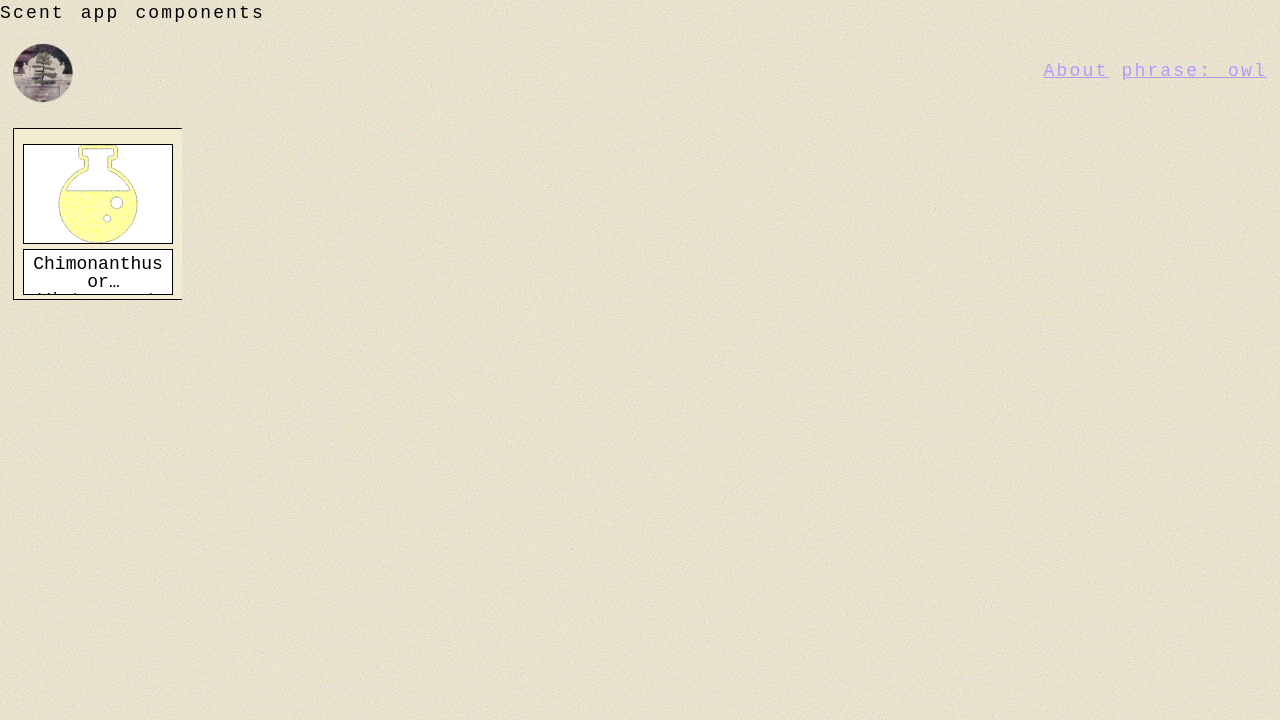
Repository: magiai/scent-app
Page: /
The author's editor kept a copy of each file at every save. The page is drawn from the files as they stood at one save, then again after the next save.
The browser window is 1280 px wide. The pictures show the whole page.
The project was rebuilt for these pictures with package versions that can differ from the ones it lists, and the page was loaded fresh each time. The framework's server and built-in components were replaced by stand-ins that run in the browser.

Above is the page before, as saved 2022-11-30 11:46:43.

### pages/_app.tsx

import { Provider } from 'react-redux';
import type { AppProps } from 'next/app';
import { store } from '../app/store';
import '../styles/variables.css';
import '../styles/global.css';

function MyApp({ Component, pageProps
}: AppProps) {
    return (
        <Provider store={store}>
            <Component {...pageProps} />
        </Provider>
    )
}

export default MyApp

### pages/_document.js
import { Html, Head, Main, NextScript } from "next/document";

export default function Document() {
    return (
        <Html lang="en">
        <Head>
            <meta charset="utf-8" />
            <meta httpEquiv="X-UA-Compatible" content="IE=edge" />
            <meta name=" theme-color" content="#fff" />
            <meta name="viewport" content="width=device-width, initial-scale=1" />
            <meta name="robots" content="noindex, nofollow" />

            <title key="title">Scent app components</title>
            <link rel="icon" href="/favicon.ico"></link>
            <meta name="description" content="Application description"></meta>

            <noscript>Scent app components</noscript>
        </Head>
        <body>
            <svg
                className="svg__background"
                width='100%'
                height='100%'
                viewBox='0 0 100 100' xmlns='http://www.w3.org/2000/svg'>
                <filter id='noiseFilter' x="-75%" y="-100%" width="250%" height="300%">
                    <feTurbulence
                                type='fractalNoise'
                                baseFrequency='5'
                                numOctaves='10'
                                seed="10"
                                stitchTiles='stitch'/>
                </filter>

                <rect width='100%' height='100%' filter='url(#noiseFilter)'/>
            </svg>
            <Main />
            <NextScript />
        </body>
    </Html>
    )
}

### pages/index.tsx
import Head from 'next/head';
import Layout from '../components/Layout';
import { Scent } from '../components/scent/Scent';

export default function Home() {
  return (
    <Layout>
      <Head>
        <title key="title">Home</title>
      </Head>

      <main>
        <Scent
                // visibleBottle = {true}
                liquidColor="yellow"
                label = "Chimonanthus or Wintersweet" />
      </main>

    </Layout>
  )
}

### app/store.ts
import searchEngineReducer from '../components/search/searchSlice';

import {
    Action,
    configureStore,
    ThunkAction,
  } from '@reduxjs/toolkit';

  export const store = configureStore({
    reducer: {
        searchEngine: searchEngineReducer,
    },
  });

  export type AppDispatch = typeof store.dispatch;
  export type RootState = ReturnType<typeof store.getState>;
  export type AppThunk<ReturnType = void> = ThunkAction<
     ReturnType,
     RootState,
     unknown,
     Action<string>
   >;

### styles/variables.css
:root {
    --font-family--base: 'Courier New', Courier, monospace;;
    --color--white: white;
    --color--black: black;
    --color--transparent: rgba(0, 0, 0, 0);

    --hue--base: 255;
    --saturation--base: 100%;
    --lightness--base: 80%;
    --opacity--base: 1;
    --color--lighten: 5%;
    --color--darken: 10%;
    --color--primary: hsla(var(--hue--base), var(--saturation--base), var(--lightness--base), var(--opacity--base));
    --color--primary--active: hsla(var(--hue--base),
                                    var(--saturation--base),
                                    calc(var(--lightness--base) + var(--color--lighten)),
                                    var(--opacity--base));

    --hue--secondary: 46;
    --saturation--secondary: 61%;
    --lightness--secondary: 89%;
    --color--secondary: hsla(var(--hue--secondary), var(--saturation--secondary), var(--lightness--secondary), var(--opacity--base));
    --color--secondary--active: hsla(var(--hue--secondary),
                                var(--saturation--secondary),
                                calc(var(--lightness--secondary) + var(--color--lighten)),
                                var(--opacity--base));

    --hue--error: 360;
    --hue--success: 130;
    --hue--information: 230;
    --color--disabled: hsla(var(--hue--information), 0, calc(var(--lightness--base) - var(--color--darken)), var(--opacity--base));
    --color--information: hsla(var(--hue--information), var(--saturation--base), var(--lightness--base), var(--opacity--base));
    --color--success: hsla(var(--hue--success), var(--saturation--base), var(--lightness--base), var(--opacity--base));
    --color--error: hsla(var(--hue--error), var(--saturation--base), var(--lightness--base), var(--opacity--base));

    --background-color: var(--color--secondary);

    --spacing__ratio: 1.414;
    --spacing__ratio--desktop: 1.618;
    --space--base: 0.5rem;
    --space--xs: var(--space--base);
    --space--s: calc(var(--space--xs) * var(--spacing__ratio));
    --space--m: calc(var(--space--s) * var(--spacing__ratio));
    --space--l: calc(var(--space--m) * var(--spacing__ratio));
    --space--xl: calc(var(--space--l) * var(--spacing__ratio));

    --font-size__ratio: 1.20;
    --font-size__ratio--desktop: 1.333;
    --font-size--base: 1.8rem;
    --font-size--h4: calc(var(--font-size--base) * var(--font-size__ratio));
    --font-size--h3: calc(var(--font-size--h4) * var(--font-size__ratio));
    --font-size--h2: calc(var(--font-size--h3) * var(--font-size__ratio));
    --font-size--h1: calc(var(--font-size--h2) * var(--font-size__ratio));

    --input__height: 4rem;
    --input__border__width: 0.1rem;
    --input__border__style: solid;
    --input__border__color: var(--color--primary);
    --input__border: var(--input__border__width) var(--input__border__style) var(--input__border__color);
    --form-control__color: var(--color--secondary);
    --select__height: 3.4rem;
    --select--focus__color: var(--color--primary);
    --select__arrow__color: var(--input__border__color);

    --svg__button__width: 15rem;
    --svg__button__height: 10rem;
    --button__border__width: 0.1rem;
    --button--svg__label__height: 4.6rem;
}

@media only screen and (min-width: 768px) {
    :root {
        --font-size__ratio: var(--font-size__ratio--desktop);
        --spacing__ratio: var(--spacing__ratio--desktop);
    }
}

### styles/global.css
html {
    font-size: 62.5%;
}

*,
*:before,
*:after {
    box-sizing: border-box;
}

body {
    font-family: var(--font-family--base);
    font-size: var(--font-size--base);
    line-height: 1.5;
	letter-spacing: 0.12em;
	word-spacing: 0.16em;
    color: var(--color--black);
    background-color: var(--background-color);
    margin: 0;
    position: relative;
    min-height: 100vh;
}

@media (prefers-reduced-motion: reduce) {
	*,
	*::before,
	*::after {
		animation-duration: 0.01ms !important;
		animation-iteration-count: 1 !important;
		transition-duration: 0.01ms !important;
		scroll-behavior: auto !important;
	}
}

.svg__background {
	position: absolute;
	top: 0;
	left: 0;
	opacity: 0.4;
    z-index: -1;
}

p,
li,
h1, h2, h3, h4, h5 {
  overflow-wrap: break-word;
  hyphens: auto;
  margin-bottom: 0.65em;
}

h1 {
    font-size: var(--font-size--h1);
}

h2 {
    font-size: var(--font-size--h2);
}

h3 {
    font-size: var(--font-size--h3);
}

h4 {
    font-size: var(--font-size--h4);
}

h5 {
    font-size: var(--font-size--h5);
}

a {
    color: var(--color--primary);
    padding-top: var(--space--s);
    padding-bottom: var(--space--s);
}

a:hover, a:active, a:focus {
    color: var(--color--primary--active);
}

button {
    font-size: max(var(--font-size--base), 1em);
    font-family: inherit;
    padding: 0.25em 0.5em;
    background-color: var(--color--secondary);
    border-radius: 0.1rem;
    border: var(--button__border);
    line-height: 1;
}

### components/Layout.tsx
import React from 'react';
import Footer from './Footer';
import Header from './Header';
import styles from './layout.module.css'

export default function Layout({
  children,
  home
}: {
  children: React.ReactNode
  home?: boolean
}) {
    return (
        <div className = {styles.container}>
            <Header/>
            {children}
            {/* <Footer/> */}
        </div>
    );
}

### components/scent/Scent.tsx
import React from 'react';
import styles from './scent.module.css';

interface ScentProps {
    // visibleBottle: boolean;
    liquidColor: string;
    label: string;
  /**
   * Optional click handler
   */
  onClick?: () => void;
}

export const Scent = ({
    // visibleBottle,
    liquidColor,
    label,
    ...props
}: ScentProps) => {
    //check with useContext
    // const mode: string = visibleBottle ? 'bottle--visible' : 'bottle--hidden';

    return (
    <>
        <button
            type="button"
            className={ styles['button--scent'] }
            {...props}>

            <svg
                className={ styles['svg--bottle'] }
                xmlns="http://www.w3.org/2000/svg"
                version="1.1"
                x="0px"
                y="0px"
                viewBox="0 0 362.664 362.664">

                <filter id='noiseFilter' x="-10%" y="-10%" width="120%" height="120%">
                    <feTurbulence
                        type='fractalNoise'
                        baseFrequency='5'
                        numOctaves='10'
                        seed="10"
                        stitchTiles='stitch'
                    />
                </filter>

                <mask id="gradient-mask">
                    <rect width='100%' height='100%' filter='url(#noiseFilter)'/>
                </mask>

                <path id={ styles['bottle__path'] }
                    fill={ liquidColor }
                    d="M326.197,217.684c0-14.664-2.472-29.243-7.346-43.334l-1.63-4.711h-0.119c-4.807-12.383-11.477-24.266-19.923-35.369     c-16.07-21.126-37.974-38.302-62.301-48.985c-1.015-0.446-3.057-1.059-3.057-4.892l-0.392-25.177h6.549     c8.759,0,15.886-7.126,15.886-15.885V15.886C253.864,7.127,246.738,0,237.978,0H125.686c-8.759,0-15.885,7.127-15.885,15.886     v23.445c0,8.759,7.126,15.885,15.885,15.885h5.625L131.23,80.06c0,3.75-2.221,4.689-3.323,5.172     c-24.308,10.644-46.197,27.762-62.283,48.842c-8.515,11.159-15.232,23.107-20.067,35.564h-0.119l-1.629,4.712     c-4.872,14.089-7.342,28.668-7.342,43.333c0,0.018,0,0.036,0,0.053c0,0.021,0,0.042,0,0.063     c0,79.879,64.986,144.865,144.865,144.865s144.865-64.986,144.865-144.865c0-0.021,0-0.042,0-0.063     C326.197,217.72,326.197,217.702,326.197,217.684z M202.109,272.231c0-7.348,5.957-13.305,13.305-13.305     s13.305,5.957,13.305,13.305s-5.957,13.305-13.305,13.305S202.109,279.579,202.109,272.231z M228.718,213.922     c0-12.15,9.85-22,22-22s22,9.85,22,22s-9.85,22-22,22S228.718,226.072,228.718,213.922z M140.66,95.165     c0,0,4.543-2.022,4.543-7.522c0-9.792,0.127-27.917,0.127-39.166c0-7.5-6.831-7.261-6.831-7.261h-12.813     c-1.022,0-1.885-0.863-1.885-1.885V15.886c0-1.022,0.863-1.886,1.885-1.886h112.292c1.022,0,1.886,0.864,1.886,1.886v23.445     c0,1.022-0.864,1.885-1.886,1.885h-13.146c0,0-7.473,0.552-7.473,8.929c0,10.874,0.592,28.679,0.592,38.241     c0,5.757,4.469,6.934,4.469,6.934c32.593,12.269,59.116,36.124,74.668,64.853c1.679,3.102,4.577,9.466-4.089,9.466h-225.5     c-6.833,0-3.513-6.596-1.764-9.807C81.372,131.122,107.979,107.339,140.66,95.165z"
                    mask='url(#gradient-mask)'></path>
            </svg>

            <span className={ styles['button--svg__label'] }>{ label }</span>
        </button>
    </>
    );
};

### components/search/searchSlice.ts
import {
    createSlice,
    PayloadAction,
  } from '@reduxjs/toolkit';
  import type { RootState } from '../../app/store';

  export type SearchEngineState = {
    value: string;
  };

  const initialState: SearchEngineState = {
    value: 'owl',
  };

  export const searchEngineSlice = createSlice({
    name: 'searchEngine',
    initialState,

    reducers: {

      setSearchedPhrase: (state, action: PayloadAction<string>) => {
        state.value = action.payload;
      },
    },
  });

  export const {
    setSearchedPhrase,
  } = searchEngineSlice.actions;

  export const selectSearch = (state: RootState) => state.searchEngine.value;

  export default searchEngineSlice.reducer;

### components/Header.tsx
import Link from 'next/link';
import Image from 'next/image';
import styles from './header.module.css';
import { useAppSelector } from '../app/hooks';
import { selectSearch } from './../components/search/searchSlice';

export default function Header() {
    const selectPhrase = useAppSelector(selectSearch);

    return (
        <header className = {styles.header}>
            <nav className = {styles.navigation}>
                <Link href="/">
                    <a>
                        <Image
                            src = "/images/logo.png"
                            height = {60}
                            width = {60}
                            alt = "Logo"
                        />
                    </a>
                </Link>
                <ul className = { styles.navigationList }>
                    <li>
                        <Link href="/about">
                            <a>About</a>
                        </Link>
                    </li>
                    <li>
                        <Link href="/about">
                            <a>phrase: {selectPhrase} </a>
                        </Link>
                    </li>
                </ul>
            </nav>
        </header>
    );
}

### components/layout.module.css
.container {
    padding-left: var(--space--m);
    padding-right: var(--space--m);
}

### components/scent/scent.module.css
/* :root {
    --svg__button__width: 15rem;
    --svg__button__height: 10rem;
    --button__border__width: 0.1rem;
    --button--svg__label__height: 4.6rem;
} */


.svg--bottle,
.button--scent {
    border-top-width: var(--button__border__width);
    border-left-width: var(--button__border__width);
    border-bottom-width: var(--button__border__width);
    border-color: black;
    border-style: solid;
}

.button--scent {
    border-right-width: 0rem;
    color: black;
    transition-property: transform;
    transition-duration: 250ms;
    transition-timing-function: ease-out;
}

.button--scent:active,
.button--scent:focus,
.button--scent:hover {
    background-color: rgba(87, 69, 58, 0.7);
}

.button--scent:active #bottle__path,
.button--scent:focus #bottle__path,
.button--scent:hover #bottle__path {
    transform: rotateZ(20deg) translateX(20%) translateY(-30%);
}

svg.svg--bottle {
    display: flex;
    width: var(--svg__button__width);
    height: var(--svg__button__height);
    margin-top: 1rem;
    background-color: white;
    border-right-width: var(--button__border__width);
}

#bottle__path {
    stroke: black;
    stroke-width: 0.3rem;
}

.button--svg__label {
    border: 1px solid black;
    height: var(--button--svg__label__height);
    width: var(--svg__button__width);
    margin-top: var(--space--xs);
    background-color: white;
    display: -webkit-box;
    -webkit-line-clamp: 2;
    -webkit-box-orient: vertical;
    overflow: hidden;
    padding-top: var(--space--xs);
    padding-bottom: calc(var(--space--xs) / 2);
    /* text-shadow: 0px 0px 0.2rem black, -0.05rem -0.05rem 0.02rem; */
    transition-property: height;
    transition-duration: 200ms;
    transition-timing-function: ease-in;
}

.button--svg__label:hover {
    height: auto;
    min-height: var(--button--svg__label__height);
    overflow: visible;
    -webkit-line-clamp: 5;
}

### components/header.module.css
.header {
    padding-top: var(--space--s);
    padding-bottom: var(--space--s);
}

.navigation {
    width: 100%;
    display: flex;
    flex-direction: row;
    justify-content: space-between;
    align-items: center;
}

.navigationList {
    display: flex;
}

.navigationList li {
    list-style: none;
}

.navigationList li:not(:last-of-type) {
    margin-right: var(--space--m);
}

### app/hooks.ts
import {
    TypedUseSelectorHook,
    useDispatch,
    useSelector,
  } from 'react-redux';
  import type {
    AppDispatch,
    RootState,
  } from './store';

  export const useAppDispatch = () => useDispatch<AppDispatch>();
  export const useAppSelector: TypedUseSelectorHook<RootState> = useSelector;

After the next save:
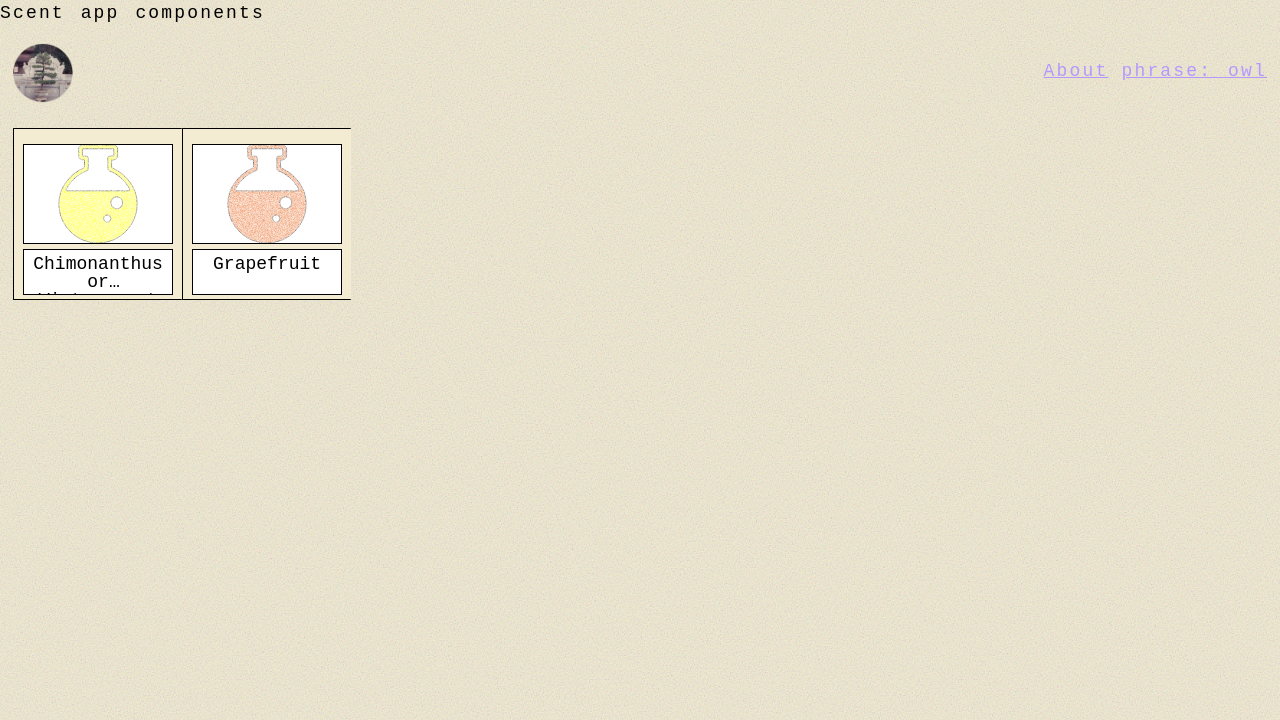
Saved 39 min 21 s later.
--- a/pages/index.tsx
+++ b/pages/index.tsx
@@ -10,10 +10,10 @@ export default function Home() {
       </Head>
 
       <main>
-        <Scent
-                // visibleBottle = {true}
-                liquidColor="yellow"
-                label = "Chimonanthus or Wintersweet" />
+        <Scent liquidColor="yellow"
+            label = "Chimonanthus or Wintersweet" />
+        <Scent liquidColor="#e9702c"
+                label = "Grapefruit" />
       </main>
 
     </Layout>
